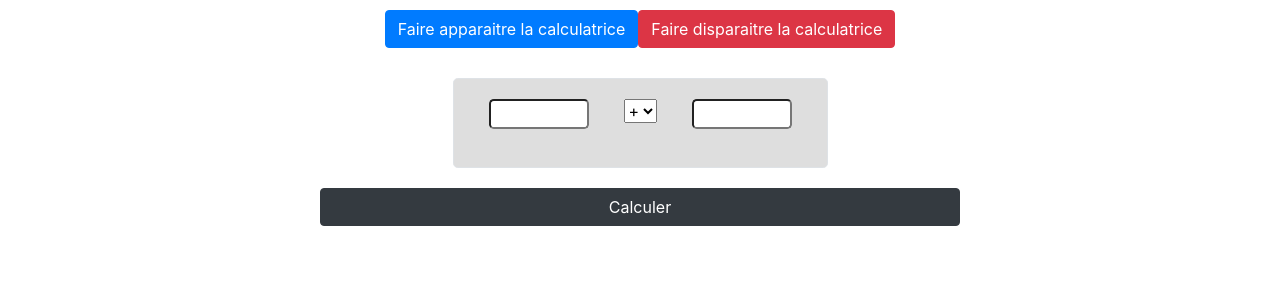
Repository: julieLyM/calculatrice
Page: calculatrice.html
The author's editor kept a copy of each file at every save. The page is drawn from the files as they stood at one save, then again after the next save.
The browser window is 1280 px wide. The pictures show the whole page.

Above is the page before, as saved 2020-12-08 15:37:26.

### calculatrice.html
<!DOCTYPE html>
<html lang="fr">
  <head>
    <meta charset="UTF-8">
    <meta name="viewport" content="width=device-width, initial-scale=1.0">
		<link rel="stylesheet" href="https://cdn.jsdelivr.net/npm/bootstrap@4.5.3/dist/css/bootstrap.min.css" integrity="sha384-TX8t27EcRE3e/ihU7zmQxVncDAy5uIKz4rEkgIXeMed4M0jlfIDPvg6uqKI2xXr2" crossorigin="anonymous">

    <title>exercice calculatrice</title>
  </head>
  <body>
    <div class="container-fluid">
        <div class="row justify-content-center" style="padding: 10px; text-align:center">
          <button class="btn btn-primary" id="appear">
            Faire apparaitre la calculatrice
          </button>
          <button class="btn btn-danger" id="disapear">
            Faire disparaitre la calculatrice
          </button>
        </div>
        <div class="row justify-content-around border rounded-lg" id="blocCal"  style="padding: 20px;margin: 20px auto; text-align:center; width: 30%;background-color: #dedede">
          <div class="col">
            <input type="text" class="rounded-lg"  id="nombre1" style="width: 100px;">
          </div>
          <div class="col">
            <select name="calcul" id="operateur">
              <option>+</option>
              <option>-</option>
              <option>*</option>
              <option>/</option>
            </select>
          </div>
          <div class="col">
            <input type="text" class="rounded-lg"  id="nombre2" style="width: 100px;">
          </div>
          <br>
          <br>
          </div>
        <div class="row justify-content-center" style="margin-top: 20px">
          <button type="button" class="btn btn-dark w-50" style="width: 100px;" id="calculer">
            Calculer
          </button>
        </div>
        <br>
        <div class="row justify-content-center">
          <div id="message"></div>
        </div>
      </div>
    <!--APPEL JQUERY-->
		<script src="https://code.jquery.com/jquery-3.5.1.min.js" integrity="sha256-9/aliU8dGd2tb6OSsuzixeV4y/faTqgFtohetphbbj0=" crossorigin="anonymous"></script>
		<script src="https://cdn.jsdelivr.net/npm/bootstrap@4.5.3/dist/js/bootstrap.bundle.min.js" integrity="sha384-ho+j7jyWK8fNQe+A12Hb8AhRq26LrZ/JpcUGGOn+Y7RsweNrtN/tE3MoK7ZeZDyx" crossorigin="anonymous"></script>
    <!--NOTRE CODE JS-->
    <script src="calculatrice.js"></script>
  </body>
</html>

### calculatrice.js
//Etapes :
// --------
// - faire une page html
// - créer deux input type text avec deux id différent pour la saisie des valeurs
// - créer un select avec un id pour proposer les différents opérateurs. (+-*/    ** %)
// - créer un bouton avec un id pour lancer le calcul (button, span)

// Avec js :
// ---------
// - lors du click  sur le bouton (evenement) :
// - récupérer les deux saisies des champs text et l'opérateur selectionné

// - il peut être important de passer les saisies dans un parseFloat() pour les transformer en type number
// - declencher le calcul des saisies selon  l'opérateur avec un if qui va tester l'opérateur pour déclencher l'opération.
// - afficher l'opération avec le résultat.

// Pour aller plus loin :
// ----------------------
// - essayer de donner la possibilité de faire apparaitre ou disparaitre la calculatrice

$(document).ready(function () {
  $('#appear').on('click', function () {
    $('#blocCal').slideDown(1000);
  });

  // Cacher la  calculatrice :
  $('#disapear').on('click', function () {
    $('#blocCal').slideUp(1000);
  });

  $('#calculer').on('click', function () {
    var value1 = $('#nombre1').val();
    var signe = $('#operateur').val();
    var value2 = $('#nombre2').val();

    value1 = parseFloat(value1);
    value2 = parseFloat(value2);
    var resultat = '';

    if (signe == '+') {
      resultat = $('#message').html(
        '<div style="background-color: pink;color: yellow; text-align: center;font-size:26px; padding:20px">Résultat addition: ' +
          value1 +
          signe +
          value2 +
          ' = ' +
          (value1 + value2) +
          '</div>'
      );
    } else if (signe == '-') {
      resultat = resultat = $('#message').html(
        '<div style="background-color: pink;color: blue; text-align: center;font-size:26px; padding:20px">Résultat soustration: ' +
          value1 +
          signe +
          value2 +
          ' = ' +
          (value1 - value2) +
          '</div>'
      );
    } else if (signe == '*') {
      resultat = resultat = $('#message').html(
        '<div style="background-color: pink;color: purple; text-align: center;font-size:26px; padding:20px">Résultat multiplication: ' +
          value1 +
          signe +
          value2 +
          ' = ' +
          value1 * value2 +
          '</div>'
      );
    } else if (signe == '/') {
      resultat = resultat = $('#message').html(
        '<div style="background-color: pink;color: green; text-align: center;font-size:26px; padding:20px">Résultat division: ' +
          value1 +
          signe +
          value2 +
          ' = ' +
          value1 / value2 +
          '</div>'
      );
    }
  });

  $('#nombre1, #nombre2').on('mouseover', function () {
    $('#message').html(
      `<div style="background-color: pink;color: red; padding:20px">Saisir un chiffre</div>`
    );
  });

  $('#nombre1, #nombre2').on('mouseout', function () {
    $('#message').html('');
  });

  $('#operateur').on('mouseover', function () {
    $('#message').html(
      `<div style="background-color: pink;color: red; padding:20px">Saisir un opérateur + - / *</div>`
    );
  });
  $('#operateur').on('mouseout', function () {
    $('#message').html('');
  });
});

After the next save:
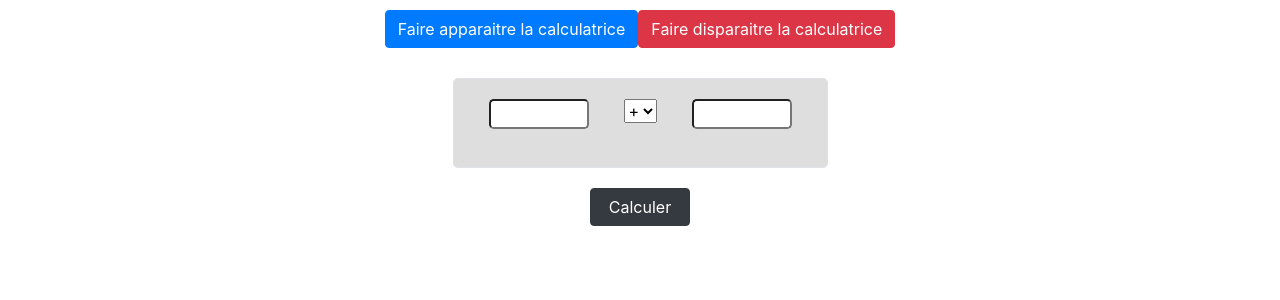
Saved 14 s later.
--- a/calculatrice.html
+++ b/calculatrice.html
@@ -36,7 +36,7 @@
           <br>
           </div>
         <div class="row justify-content-center" style="margin-top: 20px">
-          <button type="button" class="btn btn-dark w-50" style="width: 100px;" id="calculer">
+          <button type="button" class="btn btn-dark" style="width: 100px;" id="calculer">
             Calculer
           </button>
         </div>
